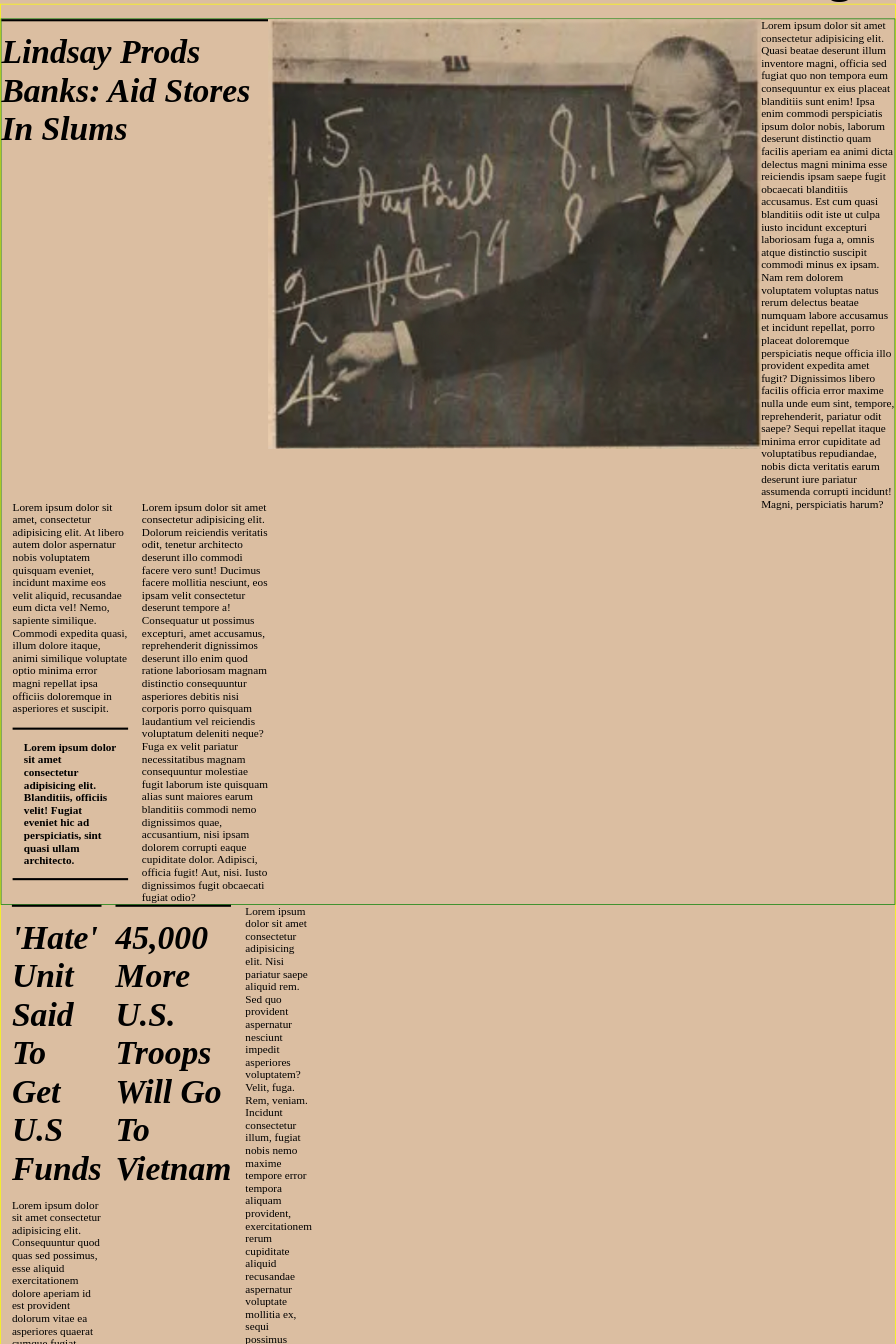
Repository: Arkitecth/newspaper-grid
Page: index.html
These files come from the project's save history. The page is drawn as it stood at one moment and after the next save; the edit follows.
The browser window is 1280 px wide. The pictures show the part of the page from y = 408 to 2328 px (the page is 4234 px tall before and 2830 px after), at 70% of full size.

Above is the page before, as saved 2023-05-29 19:45:52.

After the next save:
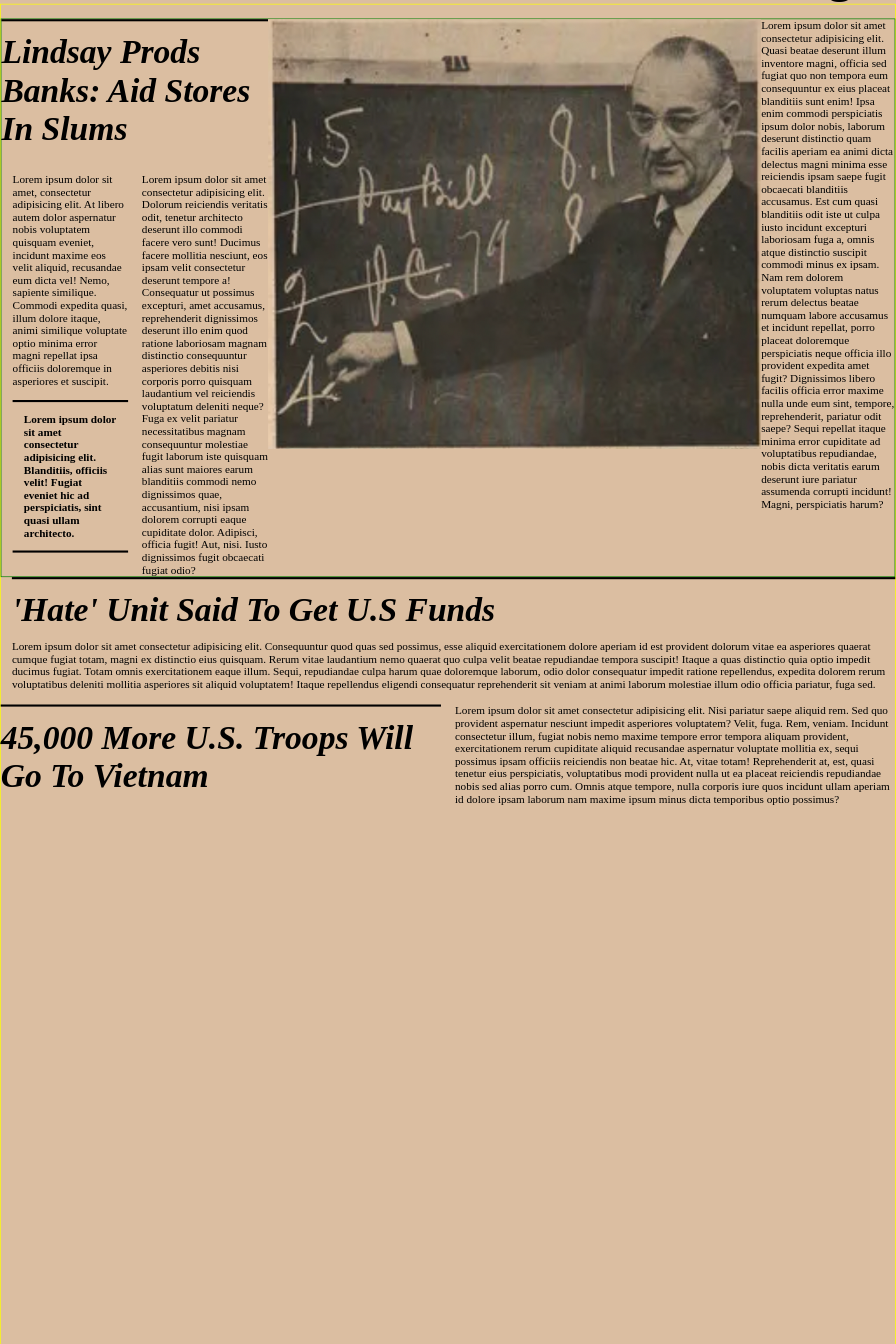
Saved 20 s later.
--- a/styles.css
+++ b/styles.css
@@ -91,19 +91,3 @@
     padding: 1rem;
     border-bottom: 3px solid black;
 }
-
-
-/* Second Row */
-.second-row {
-    display: grid;
-    grid-template-columns: 1fr 1fr 1fr;
-}
-
-.second-row .sub-grid {
-    grid-template-columns: 1fr 1fr;
-}
-.second-row h3 {
-    font-size: 3rem;
-    font-style: italic;
-    text-transform: capitalize;
-}

After the save that followed:
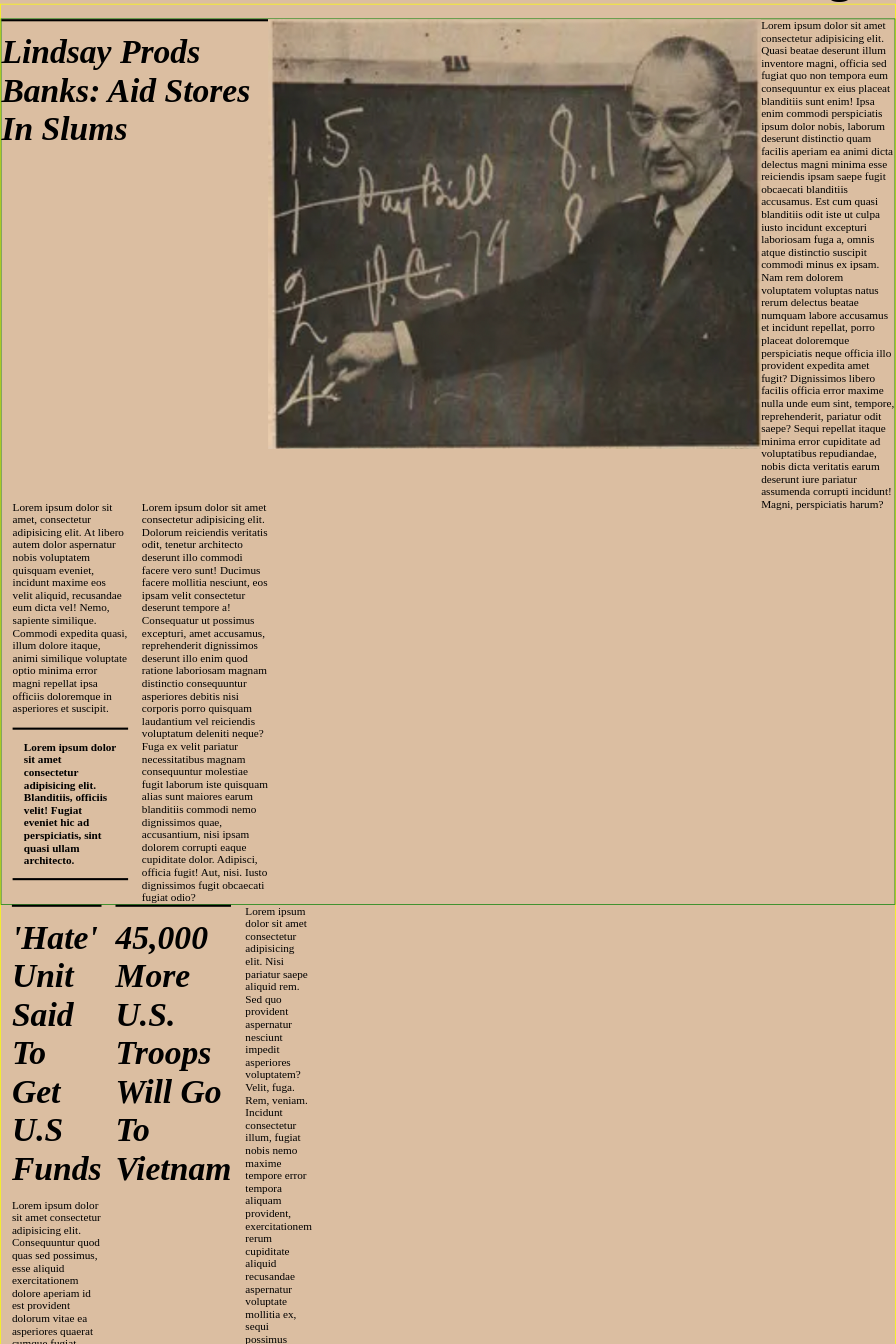
Saved 7 s later.
--- a/styles.css
+++ b/styles.css
@@ -91,3 +91,19 @@
     padding: 1rem;
     border-bottom: 3px solid black;
 }
+
+
+/* Second Row */
+.second-row {
+    display: grid;
+    grid-template-columns: 1fr 1fr 1fr;
+}
+
+.second-row .sub-grid {
+    grid-template-columns: 1fr 1fr;
+}
+.second-row h3 {
+    font-size: 3rem;
+    font-style: italic;
+    text-transform: capitalize;
+}
